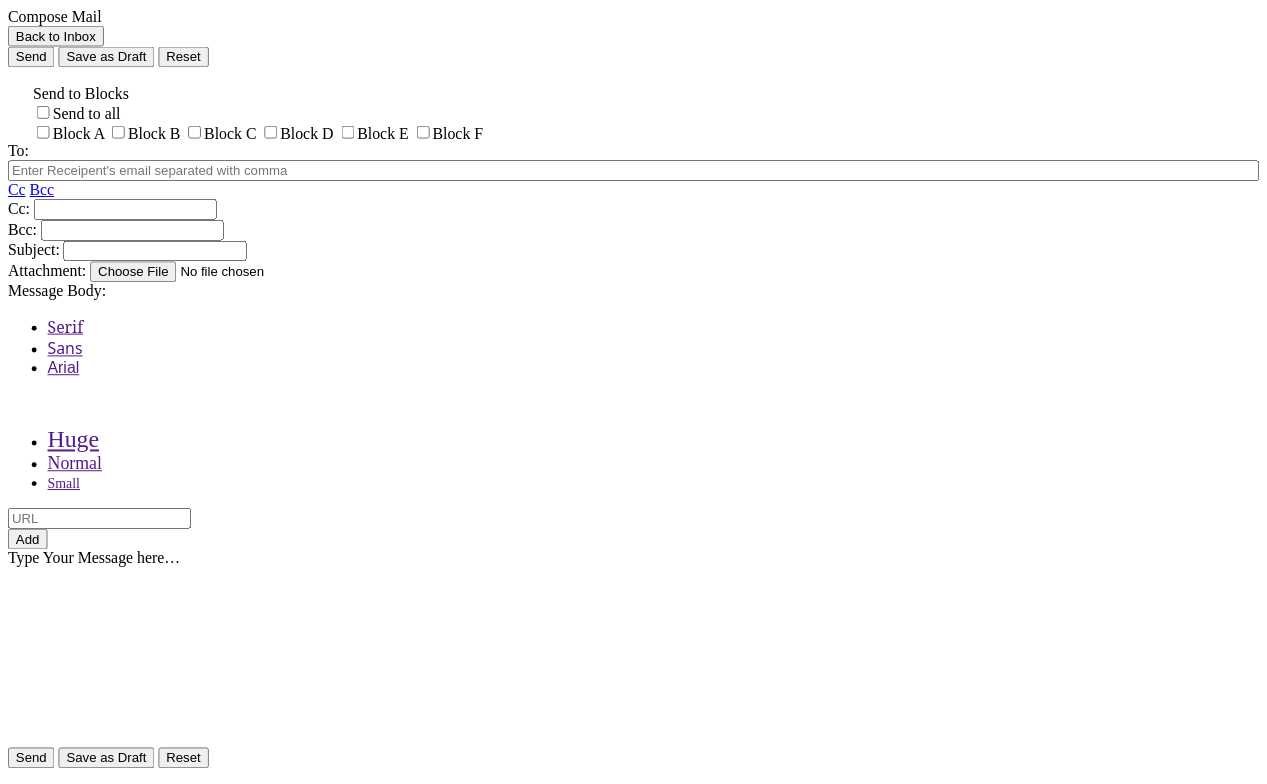
Repository: shaikhreza43/ZeeSense-MailApi-Module-For-Testing
Page: email-project-zeesense/WebContent/composemail.html
These files come from the project's save history. The page is drawn as it stood at one moment and after the next save; the edit follows.
The browser window is 1280 px wide. The pictures show the whole page, at 99% of full size.
Some web libraries are served in a nearby version.

Above is the page before, as saved 2019-01-04 12:56:40.
Console error: ReferenceError: angular is not defined

### email-project-zeesense/WebContent/composemail.html
<div class="col-lg-12 m-t-sm m-b-sm">

  <div class="panel panel-default bg-light text-primary text-left">
    <div class="panel-body"><span class="h3 font-bold">Compose Mail</span></div>
  </div>


  <div ng-controller="mailApp" style="margin-bottom:0%">
    <button class="btn btn-primary" ui-sref="app.messages">Back to Inbox </button>

    <div class="pull-right m-r-lg">
      <button type="submit" class="btn btn-primary" ng-click="sendEmail()">Send</button>
      <button type="submit" class="btn btn-primary" ng-click="savedraft()">Save as
        Draft </button>
      <button type="reset" class="btn btn-default">Reset</button>


    </div>


  </div>

  <div style="margin-left: 2%">

    <!-- <label for="all">Send to All</label>
    <input type="radio" id="all" ng-model="composemail.to"> -->
    <br>
    <label for="specific block">Send to Blocks</label>
    <br>
    <!-- <select class="bg-primary" name="specific block" id="specific block">
      <option value="select">Select</option>
      <option value="Block A">Block A</option>
      <option value="Block B">Block B</option>
      <option value="Block C">Block C</option>
      <option value="Block D">Block D</option>
      <option value="Block E">Block E</option>
    </select> -->
    <!-- <input type="checkbox" name="selectall" id="selectall" value="select all" ng-model="composemail.to" onChange="checkAll(this)">Send to all<br> -->
    <input type="checkbox" name="selectall" id="selectall" value="select all" ng-model="all">Send to all<br>
    <input type="checkbox" name="Block A" id="Block A" value="Block A" ng-checked="all">Block A
    <input type="checkbox" name="Block B" id="Block B" value="Block B" ng-checked="all">Block B
    <input type="checkbox" name="Block C" id="Block C" value="Block C" ng-checked="all">Block C
    <input type="checkbox" name="Block D" id="Block D" value="Block D" ng-checked="all">Block D
    <input type="checkbox" name="Block E" id="Block E" value="Block E" ng-checked="all">Block E
    <input type="checkbox" name="Block F" id="Block F" value="Block F" ng-checked="all">Block F

  </div>

  <div class="col-lg-12 ">

    <toaster-container toaster-options="{'position-class': 'toast-center', 'close-button':true, 'time-out': 2000}"></toaster-container>


    <section ng-controller="mailApp">
      <div class="compose-mail m-l-xs">
        <form role="form-horizontal" method="post">
          <div class="form-group">


            <label for="to" class="control-label">To: </label>
            <input type="email" class="form-control" style="width: 100%" placeholder="Enter Receipent's email separated with comma"
              ng-model="composemail.to">
            <!-- <div class="compose-options">
              <a onclick="$(this).hide(); $('#cc').parent().removeClass('hidden'); $('#cc').focus();" href="javascript:;">Cc</a>
              <a onclick="$(this).hide(); $('#bcc').parent().removeClass('hidden'); $('#bcc').focus();" href="javascript:;">Bcc</a>
            </div> -->


            <div class="compose-options">
              <a onclick="$(this).hide(); $('#cc').parent().removeClass('hidden'); $('#cc').focus();" href="javascript:;">Cc</a>
              <a onclick="$(this).hide(); $('#bcc').parent().removeClass('hidden'); $('#bcc').focus();" href="javascript:;">Bcc</a>
            </div>
          </div>


          <div class="form-group hidden">
            <label for="cc" class="control-label">Cc:</label>
            <input type="text" tabindex="2" id="cc" class="form-control" ng-model="composemail.cc">
          </div>

          <div class="form-group hidden">
            <label for="bcc" class="control-label">Bcc:</label>
            <input type="text" tabindex="2" id="bcc" class="form-control" ng-model="composemail.bcc">
          </div>

          <div class="form-group">
            <label for="subject" class="control-label">Subject:</label>
            <input type="text" tabindex="1" id="subject" class="form-control" ng-model="composemail.subject">
          </div>

          <div class="form-group">
            <label class="control-label">Attachment:</label>
            <input ui-jq="filestyle" type="file" data-icon="false" data-classButton="btn btn-default" data-classInput="form-control inline v-middle input-s"
              file="mesFilePath" name="mesFilePath" ng-model="mesFilePath" valid-extensions="doc,docx,xls,xlsx,pdf,tiff,zip,ppt,pptx,jpg,txt"
              max-size={{app.imageMaxSize}}>
          </div>
          <!-- Message Body:
          <textarea style="width: 100%" ng-model="composemail.body" name="messagebox" id="messagebox" cols="80" rows="10"></textarea> -->

          <div class="form-group">
            <label class="control-label">Message Body:</label>
            <div class="col-lg-14">
              <div class="btn-toolbar m-b-sm btn-editor" data-role="editor-toolbar" data-target="#editor">
                <div class="btn-group dropdown" dropdown>
                  <a class="btn btn-default" dropdown-toggle tooltip="Font"><i class="fa fa-font"></i>
                    <b class="caret"></b></a>
                  <ul class="dropdown-menu">
                    <li><a href data-edit="fontName Serif" style="font-family:'Serif'">Serif</a></li>
                    <li><a href data-edit="fontName Sans" style="font-family:'Sans'">Sans</a></li>
                    <li><a href data-edit="fontName Arial" style="font-family:'Arial'">Arial</a></li>
                  </ul>
                </div>
                <div class="btn-group dropdown" dropdown>
                  <a class="btn btn-default" dropdown-toggle data-toggle="dropdown" tooltip="Font Size">
                    <i class="fa fa-text-height"></i>&nbsp;<b class="caret"></b></a>
                  <ul class="dropdown-menu">
                    <li><a href data-edit="fontSize 5" style="font-size:24px">Huge</a></li>
                    <li><a href data-edit="fontSize 3" style="font-size:18px">Normal</a></li>
                    <li><a href data-edit="fontSize 1" style="font-size:14px">Small</a></li>
                  </ul>
                </div>
                <div class="btn-group">
                  <a class="btn btn-default" data-edit="bold" tooltip="Bold (Ctrl/Cmd+B)"><i class="fa fa-bold"></i></a>
                  <a class="btn btn-default" data-edit="italic" tooltip="Italic (Ctrl/Cmd+I)"><i class="fa fa-italic"></i></a>
                  <a class="btn btn-default" data-edit="strikethrough" tooltip="Strikethrough"><i class="fa fa-strikethrough"></i></a>
                  <a class="btn btn-default" data-edit="underline" tooltip="Underline (Ctrl/Cmd+U)"><i class="fa fa-underline"></i></a>
                </div>
                <div class="btn-group">
                  <a class="btn btn-default" data-edit="insertunorderedlist" tooltip="Bullet list"><i class="fa fa-list-ul"></i></a>
                  <a class="btn btn-default" data-edit="insertorderedlist" tooltip="Number list"><i class="fa fa-list-ol"></i></a>
                  <a class="btn btn-default" data-edit="outdent" tooltip="Reduce indent (Shift+Tab)"><i class="fa fa-dedent"></i></a>
                  <a class="btn btn-default" data-edit="indent" tooltip="Indent (Tab)"><i class="fa fa-indent"></i></a>
                </div>
                <div class="btn-group">
                  <a class="btn btn-default" data-edit="justifyleft" tooltip="Align Left (Ctrl/Cmd+L)"><i class="fa fa-align-left"></i></a>
                  <a class="btn btn-default" data-edit="justifycenter" tooltip="Center (Ctrl/Cmd+E)"><i class="fa fa-align-center"></i></a>
                  <a class="btn btn-default" data-edit="justifyright" tooltip="Align Right (Ctrl/Cmd+R)"><i class="fa fa-align-right"></i></a>
                  <a class="btn btn-default" data-edit="justifyfull" tooltip="Justify (Ctrl/Cmd+J)"><i class="fa fa-align-justify"></i></a>
                </div>
                <div class="btn-group dropdown" dropdown>
                  <a class="btn btn-default" dropdown-toggle tooltip="Hyperlink"><i class="fa fa-link"></i></a>
                  <div class="dropdown-menu">
                    <div class="input-group m-l-xs m-r-xs">
                      <input class="form-control input-sm" id="LinkInput" placeholder="URL" type="text" data-edit="createLink" />
                      <div class="input-group-btn">
                        <button class="btn btn-sm btn-default" type="button">Add</button>
                      </div>
                    </div>
                  </div>
                  <a class="btn btn-default" data-edit="unlink" tooltip="Remove Hyperlink"><i class="fa fa-cut"></i></a>
                </div>

                <div class="btn-group">
                  <a class="btn btn-default" tooltip="Insert picture (or just drag & drop)" id="pictureBtn"><i class="fa fa-picture-o"></i></a>
                  <input type="file" data-edit="insertImage" style="position:absolute; opacity:0; width:41px; height:34px" />
                </div>
                <div class="btn-group">
                  <a class="btn btn-default" data-edit="undo" tooltip="Undo (Ctrl/Cmd+Z)"><i class="fa fa-undo"></i></a>
                  <a class="btn btn-default" data-edit="redo" tooltip="Redo (Ctrl/Cmd+Y)"><i class="fa fa-repeat"></i></a>
                </div>
              </div>
              <div ui-jq="wysiwyg" class="col-lg-12 form-control" style="overflow:scroll;height:200px;max-height:200px;max-width: 100%">
                Type Your Message here&hellip;
              </div>
            </div>
          </div>


          <div class="m-t-lg" ng-controller="mailApp">
            <input type="submit" class="btn btn-primary" value="Send" ng-click="sendEmail()">
            <input type="submit" class="btn btn-primary" value="Save as Draft" ng-click="savedraft()">
            <input type="reset" class="btn btn-default" value="Reset">

          </div>

        </form>

      </div>
    </section>

  </div>


</div>
<script src="composemail.js"></script>

### email-project-zeesense/WebContent/composemail.js
'use strict';

// function checkAll(ele) {
//     var checkboxes = document.getElementsByTagName('input');
//     if (ele.checked) {
//         for (var i = 0; i < checkboxes.length; i++) {
//             if (checkboxes[i].type == 'checkbox') {
//                 checkboxes[i].checked = true;
//             }
//         }
//     } else {
//         for (var i = 0; i < checkboxes.length; i++) {
//             console.log(i)
//             if (checkboxes[i].type == 'checkbox') {
//                 checkboxes[i].checked = false;
//             }
//         }
//     }
// }

angular.module('app').factory('sendmail',function($rootScope,$scope,$http,$location,composemail){
    return {
       composemail: function (parm, callback) {
       var cb = callback || angular.noop;
       return SaveRpyMessageR.save(parm, function (res) {
           return cb(res);
       }, function (err) {
           return cb(err);
       }.bind(this)).$promise;
   }

}
});



angular.module('app').factory('composemail', function ($resource, EMS_HOST_PORT) {
    return $resource(EMS_HOST_PORT + '/api/message/send', null, {
        'save': {
            method: 'POST'
        }
    });
});

After the next save:
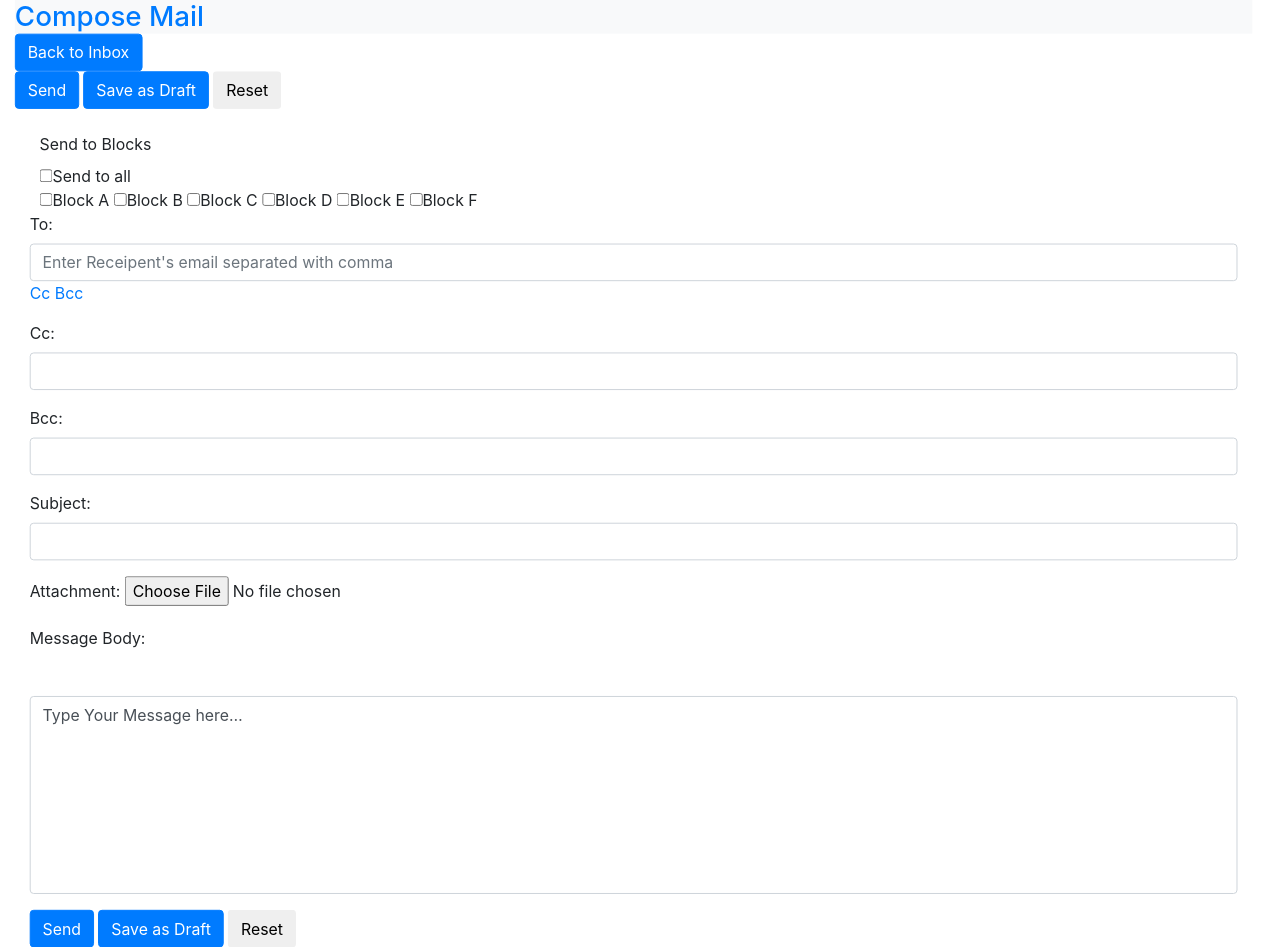
Console error: TypeError: Cannot read properties of undefined (reading 'fn')
Saved 95 s later.
--- a/email-project-zeesense/WebContent/composemail.html
+++ b/email-project-zeesense/WebContent/composemail.html
@@ -1,3 +1,22 @@
+<!DOCTYPE html>
+<html>
+<head>
+<meta charset="utf-8">
+<meta name="viewport" content="width=device-width, initial-scale=1">
+<link rel="stylesheet"
+	href="https://maxcdn.bootstrapcdn.com/bootstrap/4.1.3/css/bootstrap.min.css">
+<script
+	src="https://maxcdn.bootstrapcdn.com/bootstrap/4.1.3/js/bootstrap.min.js"></script>
+<script type="text/javascript"
+	src="https://cdnjs.cloudflare.com/ajax/libs/angular.js/1.7.5/angular.min.js"></script>
+
+<meta charset="ISO-8859-1">
+<title>Welcome To ZeeSense Systems</title>
+</head>
+<body>
+
+
+
 <div class="col-lg-12 m-t-sm m-b-sm">
 
   <div class="panel panel-default bg-light text-primary text-left">
@@ -183,3 +202,6 @@
 
 </div>
 <script src="composemail.js"></script>
+
+</body>
+</html>
